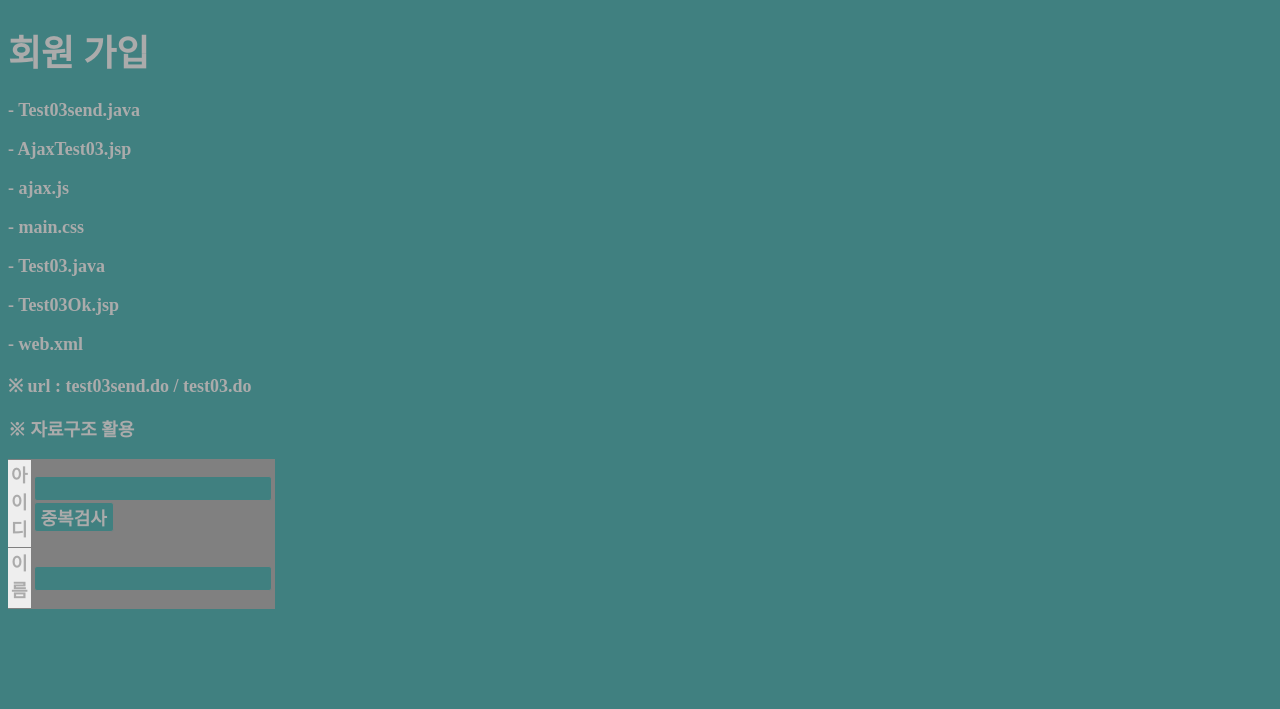
Repository: Umkimisstrong/UM_Webbb
Page: http://localhost/AjaxApp/AjaxTest03.jsp
An editor plug-in stored every save of this project. The page is shown before and after the next save, followed by the edit.
The browser window is 1280 px wide. The pictures show the whole page.
The page is served by Tomcat 9. Other server files are loaded and not shown.

Above is the page before, as saved 2022-05-10 03:28:59.

### AjaxApp/WebContent/AjaxTest03.jsp
<%@ page contentType="text/html; charset=UTF-8"%>
<%@ taglib prefix="c" uri="http://java.sun.com/jsp/jstl/core"%>
<%
	request.setCharacterEncoding("UTF-8");
	String cp = request.getContextPath();
%>
<!DOCTYPE html>
<html>
<head>
<meta charset="UTF-8">
<title>AjaxTest03.jsp</title>
<link rel="stylesheet" type="text/css" href="<%=cp%>/css/main.css">
</head>
<body>


<div>
	<h1>회원 가입</h1>
	<p>- Test03send.java</p>
	<p>- AjaxTest03.jsp</p>
	<p>- ajax.js</p>
	<p>- main.css</p>
	<p>- Test03.java</p>
	<p>- Test03Ok.jsp</p>
	<p>- web.xml</p>
	<p> ※ url : test03send.do / test03.do</p>
	<p> ※ 자료구조 활용</p>
</div>

<table class="table">
	<tr>
		<th>아이디</th>
		<td>
			<input type="text" id="id" class="control"/>
			<input type="button" value="중복검사" class="control" />
			<span id="result"></span>
		</td>
	</tr>

	<tr>
		<th>이름</th>
		<td>
			<input type="text" id="name" class="control" />
		</td>
	</tr>
</table>





















</body>
</html>

### AjaxApp/WebContent/css/main.css
@charset "UTF-8";

*
{
	background-color: #408080;
	font-family: 나눔고딕코딩;
	color: #ababab;
	font-weight: bold;
}
hr
{
	background-color: #ababab;
	height: 10px;
	border-bottom-color: #ababab;
	border-right-color: #ababab;
}
body, p, div, span, input, table, th, td, select
{
	font-size: 18px;
	font-weight: bold;
}
.txt
{
	font-weight: bold;
	background-color: #408080;
	width:150px;
}
.txt:focus
{
	font-weight: bold;
	background-color: #948716;
	width:150px;
}

.control
{
	border: 1px solid grey;
	border-radius: 3px;
	font-weight: bold;
}

.table
{
	border-collapse: collapse;
	width: 250px;
	font-weight: bold;
}

.table th, .table td
{
	border: 1px solid grey;
	border-left: 1px;
	border-right: 1px;
	padding: 3px;
	line-height: 150%;
	font-weight: bold;
}
.table td
{
	background-color: gray;
	font-weight: bold;
}
.table th
{
	font-weight: bold;
	background-color: #EEE;
}
.btn
{
	background-color: #8d6c2e;
}

.btn01
{
	font-weight: bold;
	width: 80px;
	color: blue;
	background-color: gray;

}
.btn02
{
	font-weight: bold;
	width: 80px;
	color: red;
	background-color: gray;
}

.btn:hover
{
	font-weight: bold;
	color: white;
	background-color: tomato;
}

After the next save:
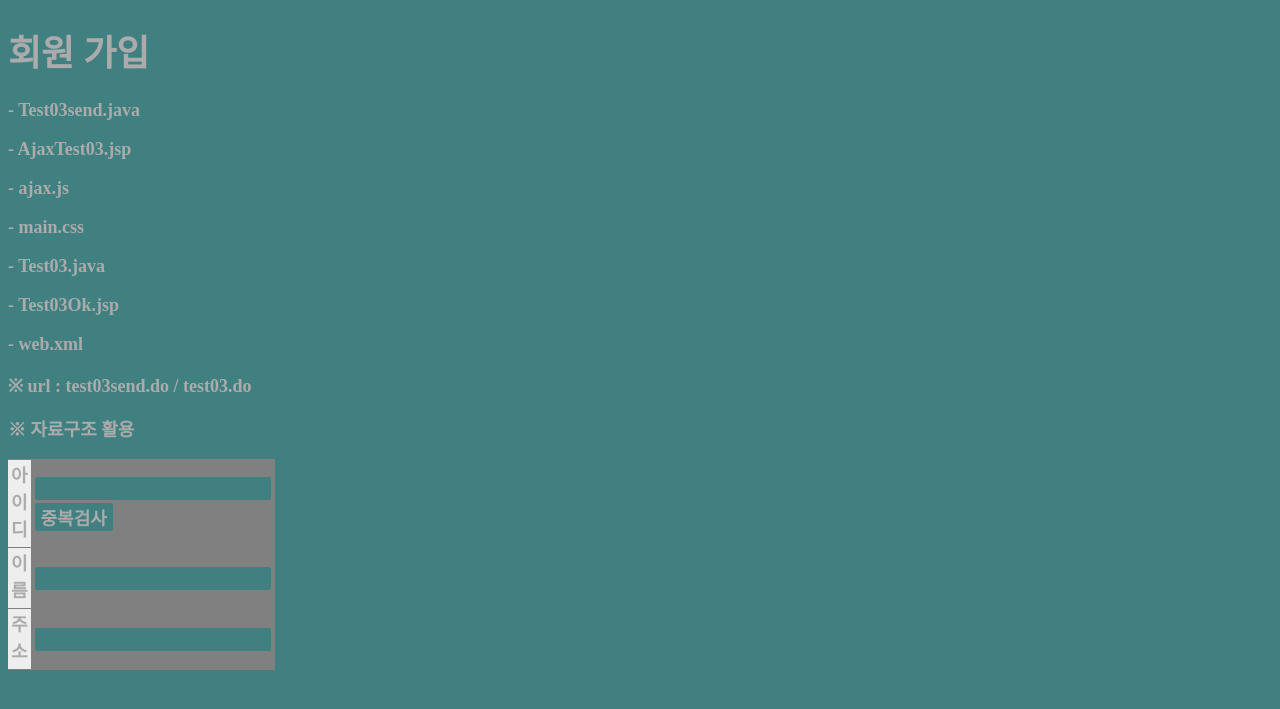
Saved 36 s later.
--- a/AjaxApp/WebContent/AjaxTest03.jsp
+++ b/AjaxApp/WebContent/AjaxTest03.jsp
@@ -43,7 +43,26 @@
 			<input type="text" id="name" class="control" />
 		</td>
 	</tr>
+
+	<tr>
+		<th>주소</th>
+		<td>
+			<input type="text" id="addr" class="control" />
+		</td>
+	</tr>
 </table>
+
+
+
+
+
+
+
+
+
+
+
+
 
 
 
